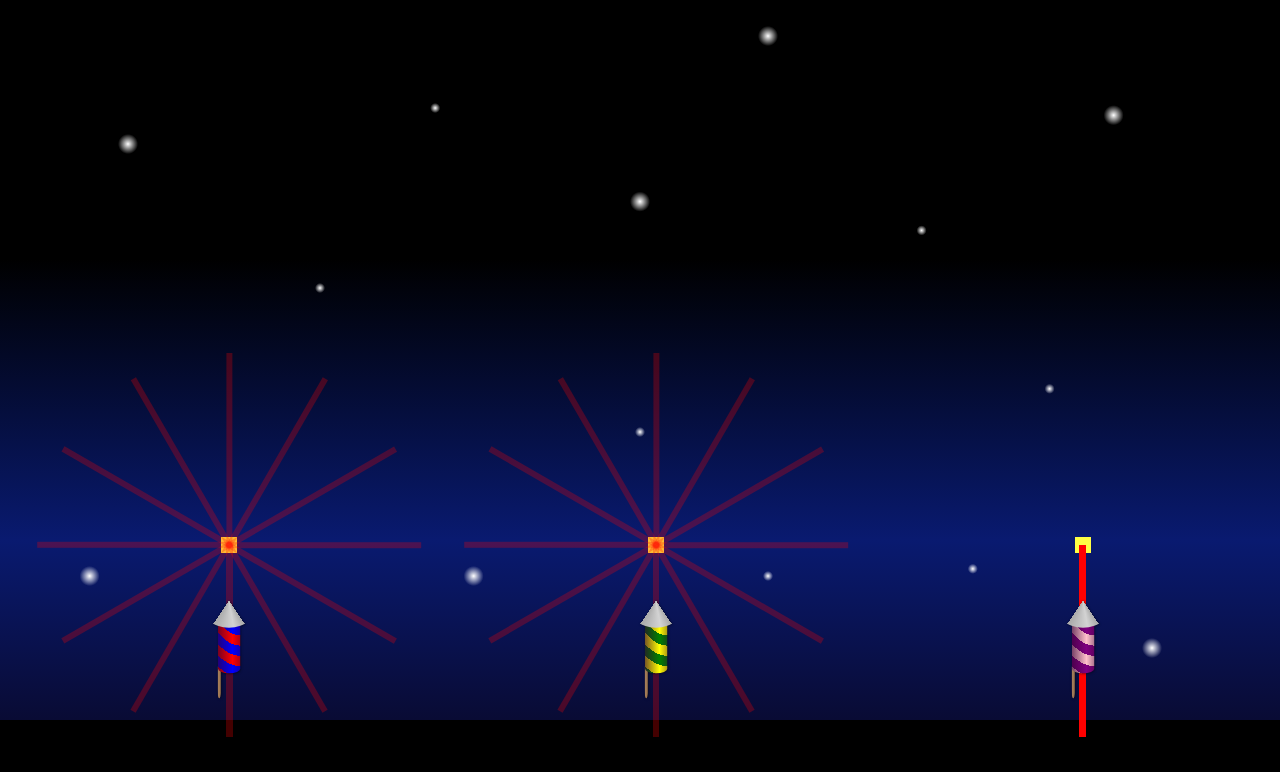
Repository: juliandecloe/CSS-To-The-Rescue---Julian-de-Cloe
Page: index.html
An editor plug-in stored every save of this project. The page is shown before and after the next save, followed by the edit.
The browser window is 1280 px wide. The pictures show the whole page.

Above is the page before, as saved 2022-03-10 15:35:41.

### index.html
<!DOCTYPE html>
<html lang="en">
	<head>
		<meta charset="UTF-8">
		<meta name="viewport" content="width=device-width, initial-scale=1.0">
		<title>The Anticlimax Fireworkshow!</title>
		<link rel="stylesheet" href="style.css">
	</head>
	<body>
		<input id="left" type="checkbox">
		<input id="middle" type="checkbox">
		<input id="right" type="checkbox">
		<main>
			<section>
				<label for="left">
					<figure></figure>
					<figure></figure>
					<figure></figure>
				</label>
				<ul>
					<li>
						<ul>
							<li></li>
							<li></li>
							<li></li>
							<li></li>
							<li></li>
						</ul>
					</li>
					<li>
						<ul>
							<li></li>
							<li></li>
							<li></li>
							<li></li>
							<li></li>
						</ul>
					</li>
					<li>
						<ul>
							<li></li>
							<li></li>
							<li></li>
							<li></li>
							<li></li>
						</ul>
					</li>
					<li>
						<ul>
							<li></li>
							<li></li>
							<li></li>
							<li></li>
							<li></li>
						</ul>
					</li>
					<li>
						<ul>
							<li></li>
							<li></li>
							<li></li>
							<li></li>
							<li></li>
						</ul>
					</li>
					<li>
						<ul>
							<li></li>
							<li></li>
							<li></li>
							<li></li>
							<li></li>
						</ul>
					</li>
					<li>
						<ul>
							<li></li>
							<li></li>
							<li></li>
							<li></li>
							<li></li>
						</ul>
					</li>
					<li>
						<ul>
							<li></li>
							<li></li>
							<li></li>
							<li></li>
							<li></li>
						</ul>
					</li>
					<li>
						<ul>
							<li></li>
							<li></li>
							<li></li>
							<li></li>
							<li></li>
						</ul>
					</li>
					<li>
						<ul>
							<li></li>
							<li></li>
							<li></li>
							<li></li>
							<li></li>
						</ul>
					</li>
					<li>
						<ul>
							<li></li>
							<li></li>
							<li></li>
							<li></li>
							<li></li>
						</ul>
					</li>
					<li>
						<ul>
							<li></li>
							<li></li>
							<li></li>
							<li></li>
							<li></li>
						</ul>
					</li>
				</ul>
			</section>
			<section>
				<label for="middle">
					<figure></figure>
					<figure></figure>
					<figure></figure>
				</label>
				<ul>
					<li>
						<ul>
							<li></li>
							<li></li>
							<li></li>
							<li></li>
							<li></li>
						</ul>
					</li>
					<li>
						<ul>
							<li></li>
							<li></li>
							<li></li>
							<li></li>
							<li></li>
						</ul>
					</li>
					<li>
						<ul>
							<li></li>
							<li></li>
							<li></li>
							<li></li>
							<li></li>
						</ul>
					</li>
					<li>
						<ul>
							<li></li>
							<li></li>
							<li></li>
							<li></li>
							<li></li>
						</ul>
					</li>
					<li>
						<ul>
							<li></li>
							<li></li>
							<li></li>
							<li></li>
							<li></li>
						</ul>
					</li>
					<li>
						<ul>
							<li></li>
							<li></li>
							<li></li>
							<li></li>
							<li></li>
						</ul>
					</li>
					<li>
						<ul>
							<li></li>
							<li></li>
							<li></li>
							<li></li>
							<li></li>
						</ul>
					</li>
					<li>
						<ul>
							<li></li>
							<li></li>
							<li></li>
							<li></li>
							<li></li>
						</ul>
					</li>
					<li>
						<ul>
							<li></li>
							<li></li>
							<li></li>
							<li></li>
							<li></li>
						</ul>
					</li>
					<li>
						<ul>
							<li></li>
							<li></li>
							<li></li>
							<li></li>
							<li></li>
						</ul>
					</li>
					<li>
						<ul>
							<li></li>
							<li></li>
							<li></li>
							<li></li>
							<li></li>
						</ul>
					</li>
					<li>
						<ul>
							<li></li>
							<li></li>
							<li></li>
							<li></li>
							<li></li>
						</ul>
					</li>
				</ul>
			</section>
			<section>
				<label for="right">
					<figure></figure>
					<figure></figure>
					<figure></figure>
				</label>
				<ul>
					<li></li>
					<li></li>
					<li></li>
					<li></li>
					<li></li>
					<li></li>
					<li></li>
					<li></li>
					<li></li>
					<li></li>
					<li></li>
					<li></li>
					<li></li>
					<li></li>
					<li></li>
					<li></li>
					<li></li>
					<li></li>
				</ul>
			</section>
		</main>
	</body>
</html>

### style.css
/*========== GENERAL ==========*/

:root * {
	--hoekVar: calc(360deg / 12);
	--rotate: rotate(calc( var(--hoekVar) * var(--index) ));
	--hoekVar2: calc(360deg / 5);
	--rotate2: rotate(calc( var(--hoekVar2) * var(--index2) ));
	--hoekVar3: calc(360deg / 18);
	--rotate3: rotate(calc( var(--hoekVar3) * var(--index3) ));
	--star1: 5px;
	--star2: 3px;
}

@property --star1 {
	syntax: '<length>';
	inherits: false;
	initial-value: 0px;
}

@property --star2 {
	syntax: '<length>';
	inherits: false;
	initial-value: 0px;
}

* {
	padding: 0;
	margin: 0;
}

body, html {
	overflow: hidden;
}

html {
	background: linear-gradient(0deg, rgba(9,11,52,1) 0%, rgba(9,26,112,1) 25%, rgba(0,0,0,1) 64%, rgba(0,0,0,1) 100%);
}

@keyframes stars {
	0% {
		--star1: 5px;
	}
	100% {
		--star1: 10px;
	}
}

@keyframes stars2 {
	0% {
		--star2: 3px;
	}
	100% {
		--star2: 6px;
	}
}

body {
	background-position: center;
	background-image:
	radial-gradient(
		circle at
			10%
			20%,
		white,
		transparent var(--star1)
	),
	radial-gradient(
		circle at
			34%
			15%,
		white,
		transparent var(--star2)
	),
	radial-gradient(
		circle at
			50%
			60%,
		white,
		transparent var(--star2)
	),
	radial-gradient(
		circle at
			60%
			80%,
		white,
		transparent var(--star2)
	),
	radial-gradient(
		circle at
			25%
			40%,
		white,
		transparent var(--star2)
	),
	radial-gradient(
		circle at
			7%
			80%,
		white,
		transparent var(--star1)
	),
	radial-gradient(
		circle at
			87%
			16%,
		white,
		transparent var(--star1)
	),
	radial-gradient(
		circle at
			76%
			79%,
		white,
		transparent var(--star2)
	),
	radial-gradient(
		circle at
			90%
			90%,
		white,
		transparent var(--star1)
	),
	radial-gradient(
		circle at
			60%
			5%,
		white,
		transparent var(--star1)
	),
	radial-gradient(
		circle at
			72%
			32%,
		white,
		transparent var(--star2)
	),
	radial-gradient(
		circle at
			50%
			28%,
		white,
		transparent var(--star1)
	),
	radial-gradient(
		circle at
			37%
			80%,
		white,
		transparent var(--star1)
	),
	radial-gradient(
		circle at
			82%
			54%,
		white,
		transparent var(--star2)
	);
	animation:
	stars 1s linear alternate infinite,
	stars2 1.5s linear alternate infinite;
}

@media (prefers-reduced-motion) {
	body {
		animation-name: dissolve;
	}
}

main {
	display: flex;
	justify-content: center;
	align-items: end;
	width: 100vw;
	height: 100vh;
	padding-left: 1rem;
}

@media (max-width: 630px) {
	main {
		transform: scale(.5) translateY(50vh);
	}
}

section {
	display: grid;
	place-items: center;
	transition: 1s ease-out;
	width: 50vw;
}

@media (max-width: 630px) {
	section {
		width: 80vw;
	}
}

input {
	display: none;
}


/*========== FIRE ROCKET ==========*/

/*===== GENERAL =====*/

label {
	transform: scale(.3) translateY(50vh);
	z-index: 5;
	height: 350px;
	width: 120px;
	filter: drop-shadow(2px 2px 4px rgb(0,0,0,0.5));
	transition: 1s;
	cursor: pointer;
	animation: 1s
}

@media (max-width: 630px) {
	label {
		transform: scale(.5);
	}
}

section label > figure:first-child {
	border-radius: 50%;
	position: absolute;
	left: calc(50% - 55px);
	width: 110px;
	height: 130px;
	z-index: 3;
	clip-path: ellipse(90% 70% at center top);
	background-image:
		conic-gradient(
		at center top,
		transparent 146deg,
		darkgray 146deg,
		lightgray 170deg,
		darkgray 214deg,
		transparent 214deg
	);
}

section label figure:nth-child(2) {
	position: absolute;
	top: 83px;
	left: calc(50% - 37.5px);
	width: 75px;
	height: 160px;
	z-index: 2;
	background-size: 100% 100%, 600% 600%;
	background-position:left top, 40% -30%;
	border-radius: 0 0 50% 50% / 0 0 1em 1em;
}

section label > figure:nth-child(3) {
	position: absolute;
	background: #BA8C63;
	top: 220px;
	left: calc(50% - 37.5px);
	width: 10px;
	height: 110px;
	z-index: 1;
	box-shadow: inset -2px 0 8px rgb(0,0,0,0.5);
	clip-path: ellipse(10px 95px at 50% 10%);
}


/*===== COLOR ARROWS =====*/

section:first-child label figure:nth-child(2) {
	background-image:
		linear-gradient(
			to right,
			#303a 0%,
			transparent 65%,
			#3036 100%
		),
		repeating-radial-gradient(
			red 0 1em,
			blue 1em 2em
	);
}

section:nth-child(2) label figure:nth-child(2) {
	background-image:
		linear-gradient(
			to right,
			#303a 0%,
			transparent 65%,
			#3036 100%
		),
		repeating-radial-gradient(
			green 0 1em,
			yellow 1em 2em
		);
}

section:last-child label figure:nth-child(2) {
	background-image:
		linear-gradient(
			to right,
			#303a 0%,
			transparent 65%,
			#3036 100%
		),
		repeating-radial-gradient(
			pink 0 1em,
			purple 1em 2em
		);
}


/*========== FIRE WORK ==========*/

/*===== LAYER 1 =====*/

section > ul {
	list-style-type: none;
	position: absolute;
	width: 1rem;
	height: 1rem;
	display: grid;
	place-items: center;
	background-color: #ff4;
}

section > ul > li {
	position: absolute;
	top: 50%;
	width: 40%;
	height: 1200%;
	transform-origin: center top;
	transform: var(--rotate);
	transition: .3s ease-out;
	transition-delay: 1s;
	display: flex;
	background-color: #f004;
}

section:last-child li {
	position: absolute;
	top: 50%;
	width: 40%;
	height: 1200%;
	transform-origin: center top;
	transform: var(--rotate3);
	transition: .3s ease-out;
	transition-delay: 1s;
	display: flex;
	background-color: #f004;
}

section > ul > li::after {
	content: "";
	display: block;
	width: 100%;
	height: 50%;
	transition: .2s ease-out;
	transform-origin: center top;
	transform: scaleY(0);
	position: absolute;
}

/* Color */

section:first-child > ul > li::after {
	background-color: blue;
}

section:nth-child(2) > ul > li::after {
	background-color: green;
}

section:last-child > ul li::after {
	background-color: pink;
}


/*===== LAYER 2 =====*/

section > ul > li ul {
	list-style-type: none;
	position: relative;
	width: .5em;
	aspect-ratio: 1/1;
	align-self: end;
	display: grid;
	place-items: center;
	/* background-color: #f088; */
}

section:first-child > ul > li li {
	position: absolute;
	top: 50%;
	width: 25%;
	aspect-ratio: 1/8;
	background-color: #f00;
	transform-origin: center top;
	transform: var(--rotate2) scaleY(0);
	transition: .3s ease-out;
	transition-delay: 1.8s;
}

section:nth-child(2) > ul > li li {
	position: absolute;
	width: 30%;
	height: 1200%;
	background-color: yellow;
	transform-origin: center;
	transform: var(--rotate2) scaleY(1);
	transition: .5s ease-out;
	transition-delay: 1.5s;
	visibility: hidden;
}


/*========== INTERACTION ==========*/

/*===== GENERAL =====*/

section > ul > li:nth-of-type(1) { --index:1; }
section > ul > li:nth-of-type(2) { --index:2; }
section > ul > li:nth-of-type(3) { --index:3; }
section > ul > li:nth-of-type(4) { --index:4; }
section > ul > li:nth-of-type(5) { --index:5; }
section > ul > li:nth-of-type(6) { --index:6; }
section > ul > li:nth-of-type(7) { --index:7; }
section > ul > li:nth-of-type(8) { --index:8; }
section > ul > li:nth-of-type(9) { --index:9; }
section > ul > li:nth-of-type(10) { --index:10; }
section > ul > li:nth-of-type(11) { --index:11; }
section > ul > li:nth-of-type(12) { --index:12; }

ul > li li:nth-of-type(1) { --index2:1; }
ul > li li:nth-of-type(2) { --index2:2; }
ul > li li:nth-of-type(3) { --index2:3; }
ul > li li:nth-of-type(4) { --index2:4; }
ul > li li:nth-of-type(5) { --index2:5; }

section:last-child li:nth-of-type(1) { --index:1; }
section:last-child li:nth-of-type(2) { --index:2; }
section:last-child li:nth-of-type(3) { --index:3; }
section:last-child li:nth-of-type(4) { --index:4; }
section:last-child li:nth-of-type(5) { --index:5; }
section:last-child li:nth-of-type(6) { --index:6; }
section:last-child li:nth-of-type(7) { --index:7; }
section:last-child li:nth-of-type(8) { --index:8; }
section:last-child li:nth-of-type(9) { --index:9; }
section:last-child li:nth-of-type(10) { --index:10; }
section:last-child li:nth-of-type(11) { --index:11; }
section:last-child li:nth-of-type(12) { --index:12; }
section:last-child li:nth-of-type(13) { --index:13; }
section:last-child li:nth-of-type(14) { --index:14; }
section:last-child li:nth-of-type(15) { --index:15; }
section:last-child li:nth-of-type(16) { --index:16; }
section:last-child li:nth-of-type(17) { --index:17; }
section:last-child li:nth-of-type(18) { --index:18; }

/* Rocket */

input:first-child[type="checkbox"]:checked ~ main section:first-child, input:nth-child(2)[type="checkbox"]:checked ~ main section:nth-child(2) {
	transform: translateY(-50vh);
	background: none;
}

@media (max-width: 630px) {
	input:first-child[type="checkbox"]:checked ~ main section:first-child, input:nth-child(2)[type="checkbox"]:checked ~ main section:nth-child(2) {
		transform: translateY(-90vh);
	}
}

input:first-child[type="checkbox"]:checked ~ main section:first-child label, input:nth-child(2)[type="checkbox"]:checked ~ main section:nth-child(2) label {
	transform: scale(.5, .3);
	animation: explode 1s 1s ease-in forwards;
}

/* Explode 1 */

input:first-child[type="checkbox"]:checked ~ main section:first-child > ul > li, input:nth-child(2)[type="checkbox"]:checked ~ main section:nth-child(2) > ul > li {
	transform: var(--rotate) translateY(2em);
}

input:first-child[type="checkbox"]:checked ~ main section:first-child > ul > li::after, input:nth-child(2)[type="checkbox"]:checked ~ main section:nth-child(2) > ul > li::after {
	animation: after .3s 1s ease-out forwards;
}

input:last-child[type="checkbox"]:checked ~ main section:nth-child(2) > ul > li {
	animation: third
}


/*===== ARROW 1 =====*/

input:first-child[type="checkbox"]:checked ~ main section:first-child > ul > li li {
	animation: lili .3s 1.5s ease-out forwards;
}


/*===== ARROW 2 =====*/

input:nth-child(2)[type="checkbox"]:checked ~ main section:nth-child(2) > ul > li li {
	visibility: visible;
	transform: var(--turn) scaleY(6) translateY(2em);
	opacity: 0;
}

/*========== ANIMATIONS ==========*/

@keyframes explode {
	0% {
		visibility: hidden;
	}
	99% {
		visibility: hidden;
	}
	100% {
		transform: translateY(65vh) scale(.3);
		visibility: visible;
	}
}

@keyframes after {
	0% {
		transform: scaleY(0);
	}
	33% {
		transform: scaleY(1) ;
	}
	67% {
		transform: translateY(100%) scaleY(1) ;
	}
	99% {
		transform: translateY(200%) scaleY(0) ;
	}
	100% {
		transform: translateY(0) scaleY(0) ;
	}
}

@keyframes lili {
	0% {
		transform: var(--rotate2) translateY(0) scaleY(0);
	}
	50% {
		transform: var(--rotate2) translateY(0) scaleY(3);
	}
	99% {
		transform: var(--rotate2) translateY(400%) scaleY(0);
	}
	100% {
		transform: var(--rotate2) translateY(0) scaleY(0);
	}
}

After the next save:
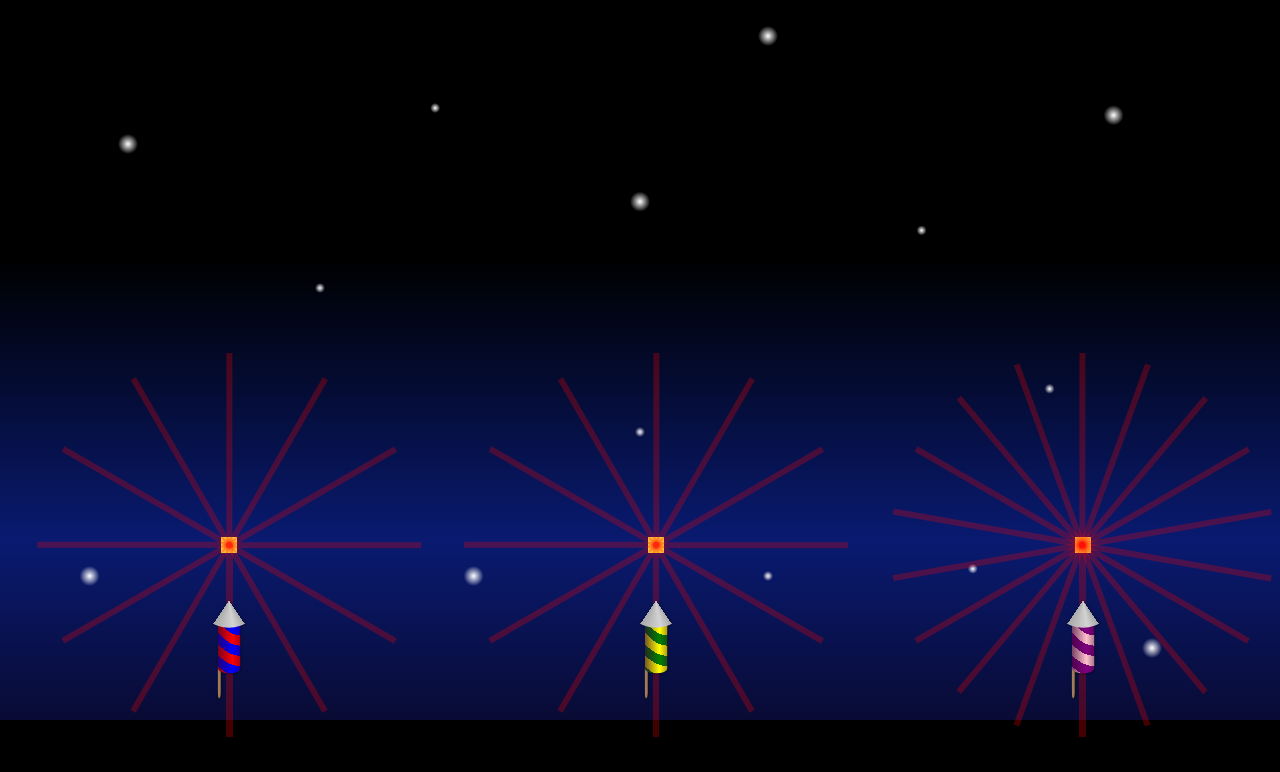
Saved 10 s later.
--- a/style.css
+++ b/style.css
@@ -436,24 +436,24 @@ ul > li li:nth-of-type(3) { --index2:3; }
 ul > li li:nth-of-type(4) { --index2:4; }
 ul > li li:nth-of-type(5) { --index2:5; }
 
-section:last-child li:nth-of-type(1) { --index:1; }
-section:last-child li:nth-of-type(2) { --index:2; }
-section:last-child li:nth-of-type(3) { --index:3; }
-section:last-child li:nth-of-type(4) { --index:4; }
-section:last-child li:nth-of-type(5) { --index:5; }
-section:last-child li:nth-of-type(6) { --index:6; }
-section:last-child li:nth-of-type(7) { --index:7; }
-section:last-child li:nth-of-type(8) { --index:8; }
-section:last-child li:nth-of-type(9) { --index:9; }
-section:last-child li:nth-of-type(10) { --index:10; }
-section:last-child li:nth-of-type(11) { --index:11; }
-section:last-child li:nth-of-type(12) { --index:12; }
-section:last-child li:nth-of-type(13) { --index:13; }
-section:last-child li:nth-of-type(14) { --index:14; }
-section:last-child li:nth-of-type(15) { --index:15; }
-section:last-child li:nth-of-type(16) { --index:16; }
-section:last-child li:nth-of-type(17) { --index:17; }
-section:last-child li:nth-of-type(18) { --index:18; }
+section:last-child li:nth-of-type(1) { --index3:1; }
+section:last-child li:nth-of-type(2) { --index3:2; }
+section:last-child li:nth-of-type(3) { --index3:3; }
+section:last-child li:nth-of-type(4) { --index3:4; }
+section:last-child li:nth-of-type(5) { --index3:5; }
+section:last-child li:nth-of-type(6) { --index3:6; }
+section:last-child li:nth-of-type(7) { --index3:7; }
+section:last-child li:nth-of-type(8) { --index3:8; }
+section:last-child li:nth-of-type(9) { --index3:9; }
+section:last-child li:nth-of-type(10) { --index3:10; }
+section:last-child li:nth-of-type(11) { --index3:11; }
+section:last-child li:nth-of-type(12) { --index3:12; }
+section:last-child li:nth-of-type(13) { --index3:13; }
+section:last-child li:nth-of-type(14) { --index3:14; }
+section:last-child li:nth-of-type(15) { --index3:15; }
+section:last-child li:nth-of-type(16) { --index3:16; }
+section:last-child li:nth-of-type(17) { --index3:17; }
+section:last-child li:nth-of-type(18) { --index3:18; }
 
 /* Rocket */
 
